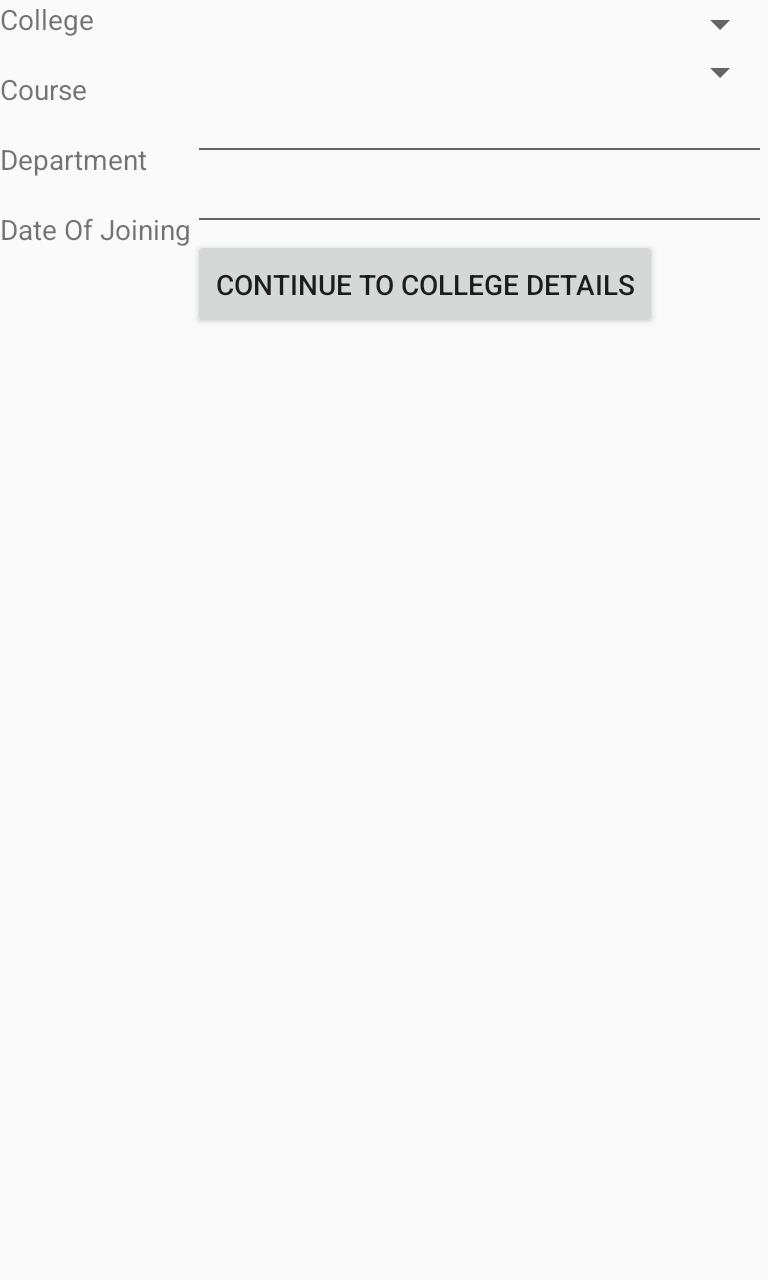
Repository: Prasannakumarb/CollegeMate
Layout: CollegeMate/CollegeMate/res/layout/activity_student_collegeregistration.xml
An editor plug-in stored every save of this project. The layout is shown before and after the next save, followed by the edit.
It is drawn on a 768 x 1280 px phone screen (xhdpi) without system bars, with theme AppTheme; the app's code is not run.

Above is the layout before, as saved 2014-06-25 19:49:59.

After the next save:
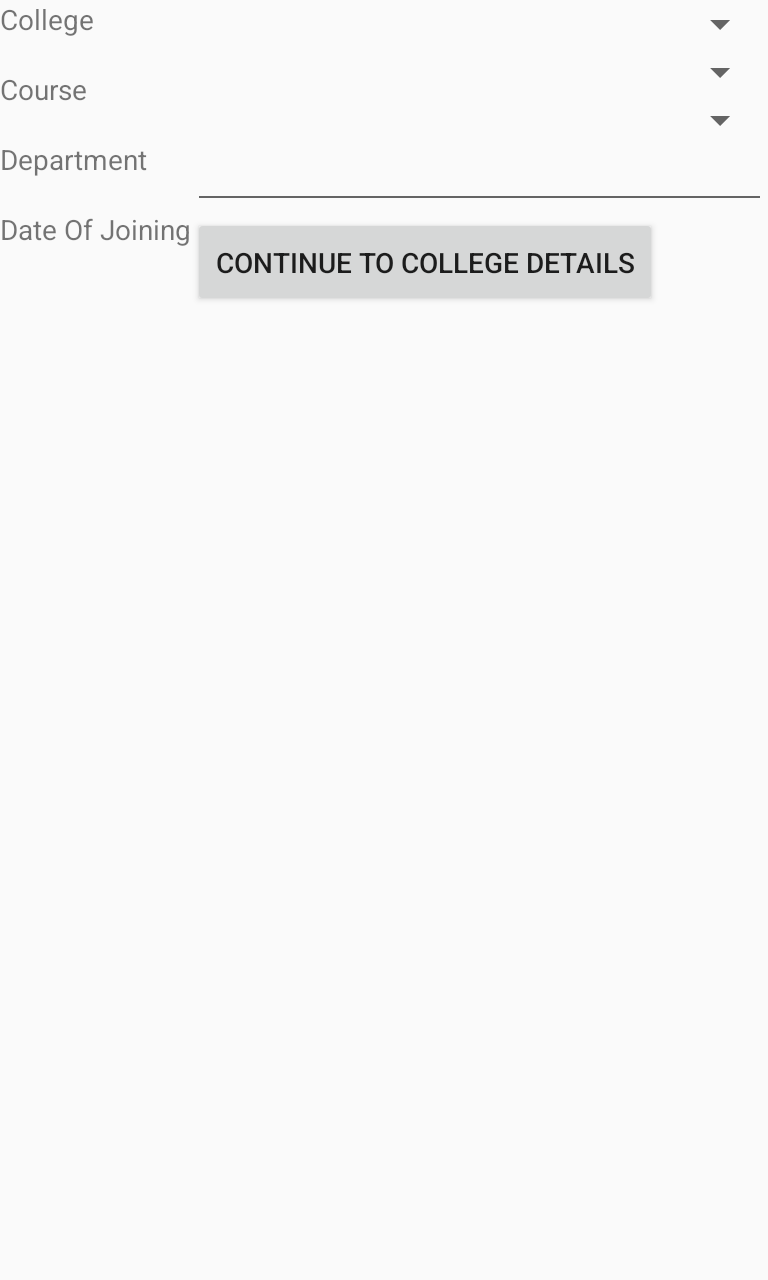
Saved 68 s later.
--- a/CollegeMate/CollegeMate/res/layout/activity_student_collegeregistration.xml
+++ b/CollegeMate/CollegeMate/res/layout/activity_student_collegeregistration.xml
@@ -60,13 +60,9 @@
         android:layout_width="fill_parent"
         android:layout_height="wrap_content"/>
 
-            <EditText
-                android:id="@+id/editText_age"
-                android:layout_width="match_parent"
-                android:layout_height="35dp"
-                android:inputType="phone"
-                >
-            </EditText>
+            <Spinner android:id="@+id/spindepart"
+        android:layout_width="fill_parent"
+        android:layout_height="wrap_content"/>
 
 
 
